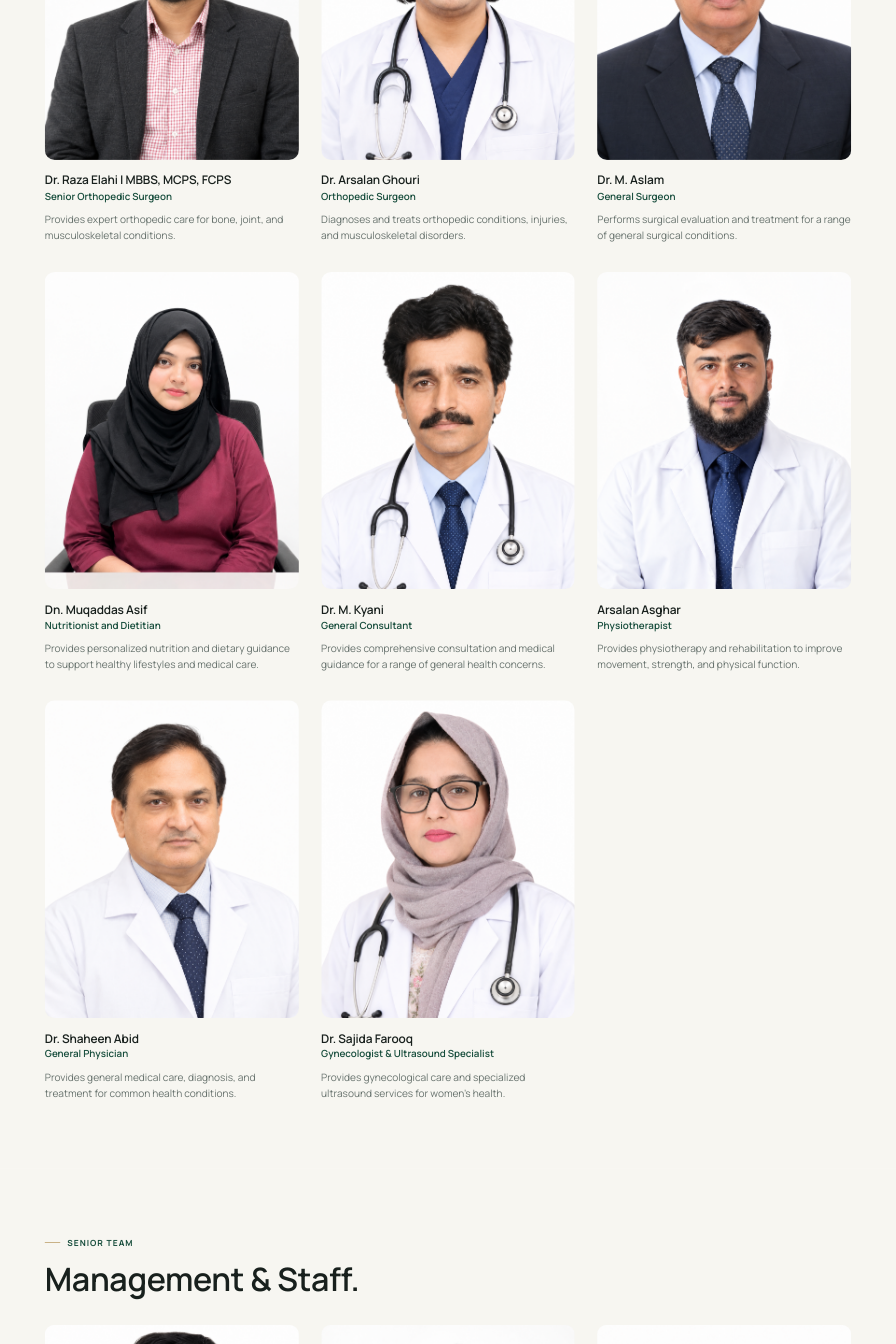
Repository: mraeesaziz45/al-farah
Page: team.html
The author's editor kept a copy of each file at every save. The page is drawn from the files as they stood at one save, then again after the next save.
The browser window is 1280 px wide. The pictures show the part of the page from y = 1779 to 3699 px (the page is 5841 px tall before and 5860 px after), at 70% of full size.

Above is the page before, as saved 2026-09-28 17:56:00.

After the next save:
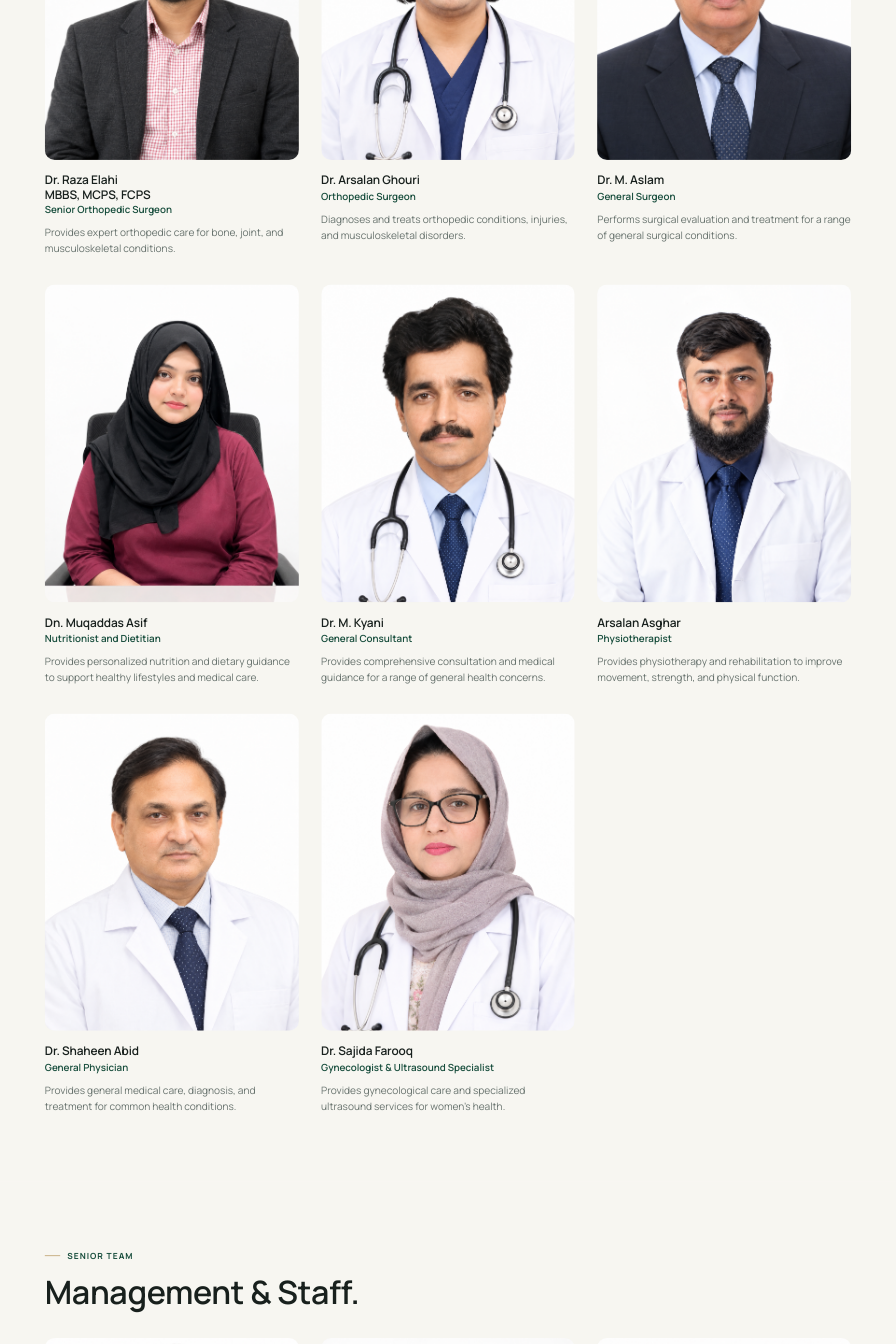
Saved 48 s later.
--- a/team.html
+++ b/team.html
@@ -95,7 +95,8 @@
           <div class="team-card-media">
             <img src="assets/images/team/dr-raza-elahi.png" alt="Portrait placeholder for the clinic accountant" width="1000" height="1250" loading="lazy" decoding="async">
           </div>
-          <h3 class="h4">Dr. Raza Elahi | MBBS, MCPS, FCPS</h3>
+          <h3 class="h4">Dr. Raza Elahi</h3>
+          <h2 class="h4">MBBS, MCPS, FCPS</h2>
           <span class="role">Senior Orthopedic Surgeon</span>
           <p class="bio">Provides expert orthopedic care for bone, joint, and musculoskeletal conditions.</p>
         </div>
